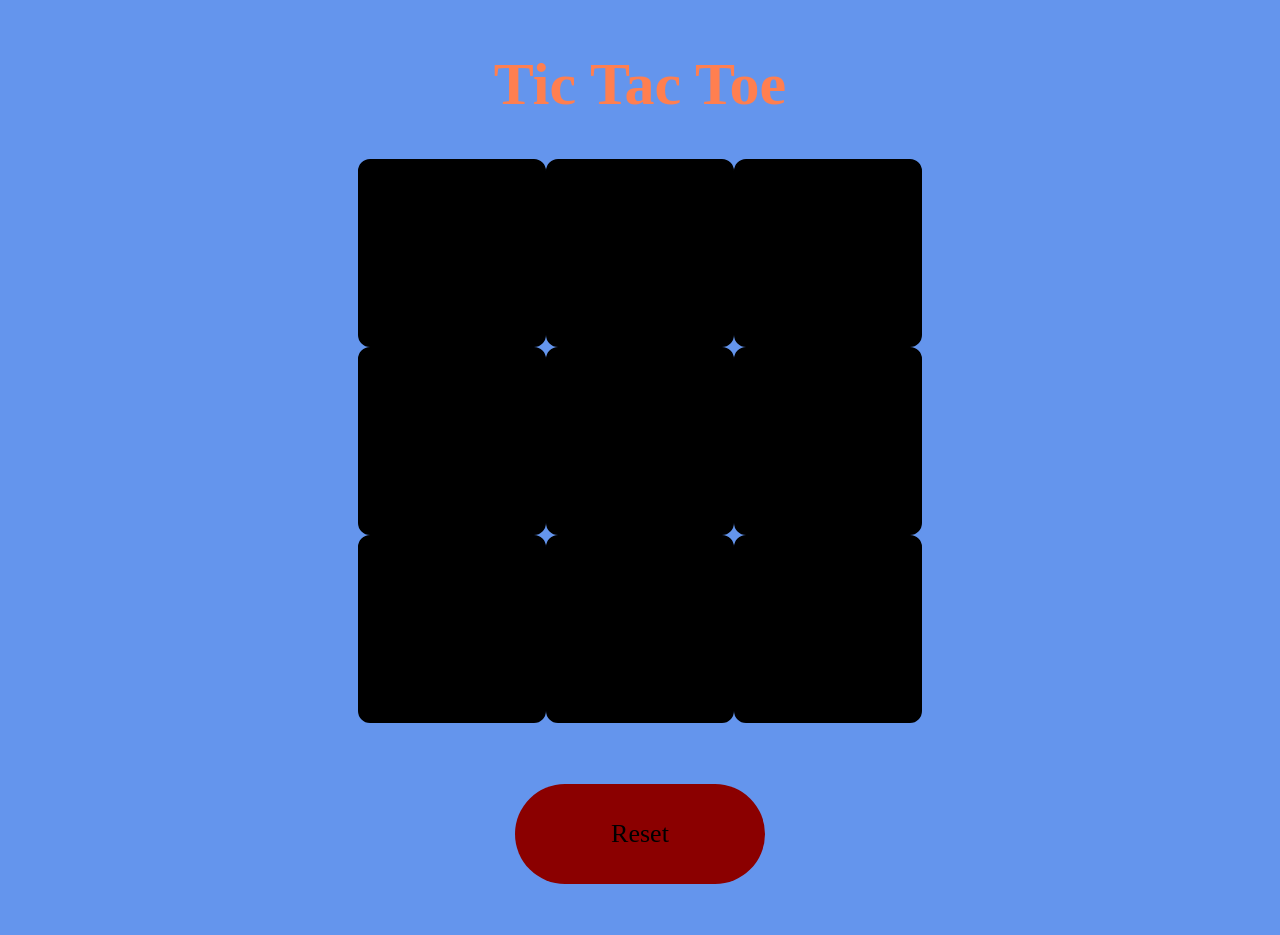
Repository: jontslater/tictaktoe
Page: /
The author's editor kept a copy of each file at every save. The page is drawn from the files as they stood at one save, then again after the next save.
The browser window is 1280 px wide. The pictures show the whole page.
The project was rebuilt for these pictures with package versions that can differ from the ones it lists, and the page was loaded fresh each time. Also part of the build but not shown: src/App.css.

Above is the page before, as saved 2024-06-30 10:26:33.

After the next save:
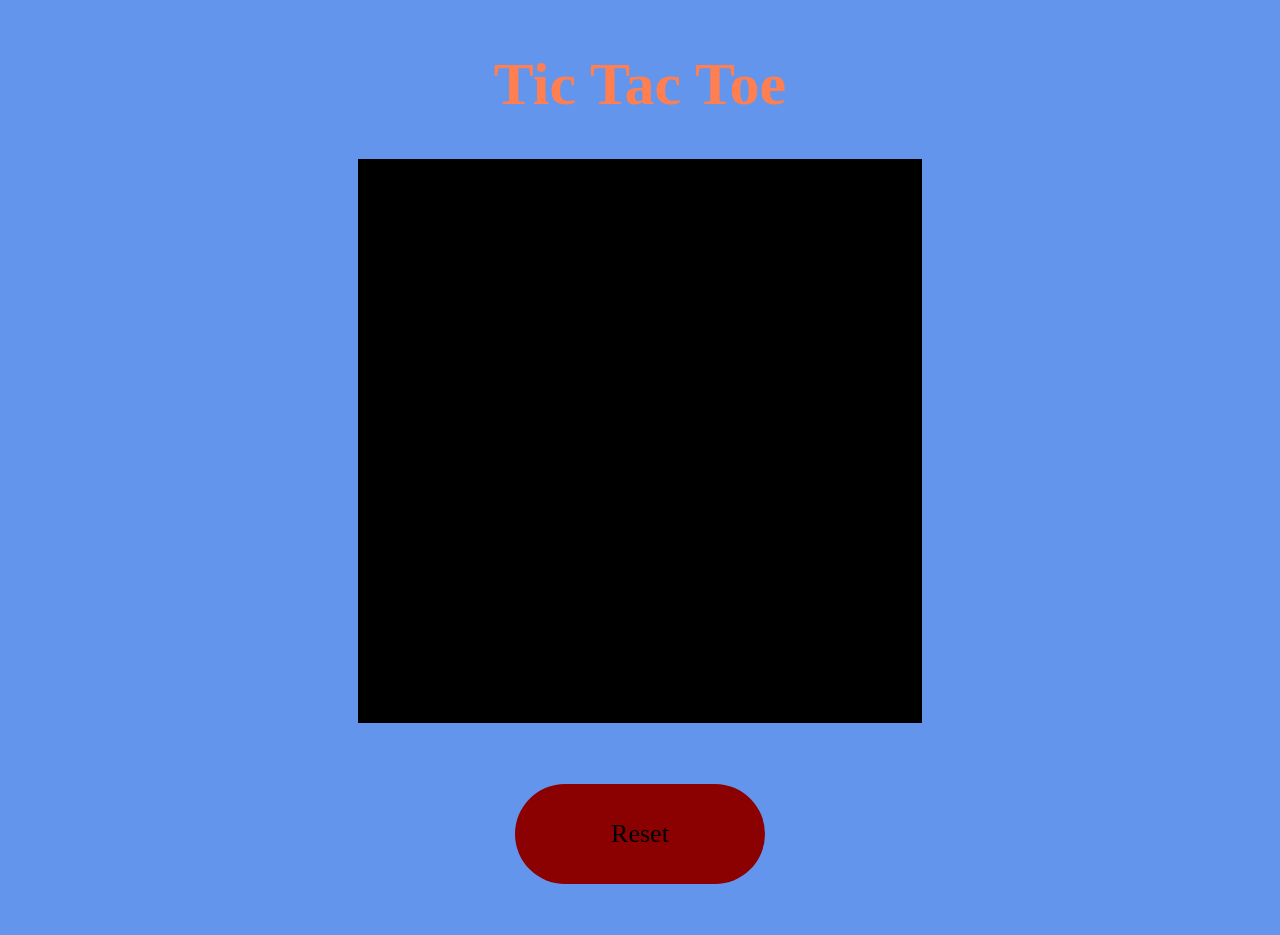
Saved 10 s later.
--- a/src/Components/TicTacToe/TicTacToe.css
+++ b/src/Components/TicTacToe/TicTacToe.css
@@ -33,7 +33,7 @@
   width: 180px;
   background-color:black;
   border: 4px solid black;
-  border-radius: 12px;
+  /* border-radius: 12px; */
   cursor: pointer;
 }
 
